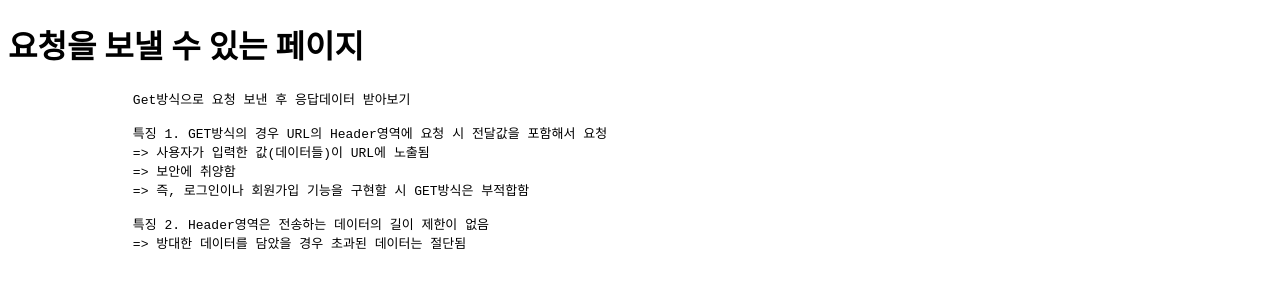
Repository: Simyoungdo04/dynamic-workspace
Page: FirstProject/src/main/webapp/views/request_get.html
An editor plug-in stored every save of this project. The page is shown before and after the next save, followed by the edit.
The browser window is 1280 px wide. The pictures show the whole page.

Above is the page before, as saved 2026-05-04 03:42:28.

### FirstProject/src/main/webapp/views/request_get.html
<!DOCTYPE html>
<html>
<head>
<meta charset="UTF-8">
<title>요청 페이지</title>
</head>
<body>

	<h1>요청을 보낼 수 있는 페이지</h1>

	<pre>
		Get방식으로 요청 보낸 후 응답데이터 받아보기

		특징 1. GET방식의 경우 URL의 Header영역에 요청 시 전달값을 포함해서 요청
		=> 사용자가 입력한 값(데이터들)이 URL에 노출됨
		=> 보안에 취양함
		=> 즉, 로그인이나 회원가입 기능을 구현할 시 GET방식은 부적합함

		특징 2. Header영역은 전송하는 데이터의 길이 제한이 없음
		=> 방대한 데이터를 담았을 경우 초과된 데이터는 절단됨
	</pre>

</body>
</html>

After the next save:
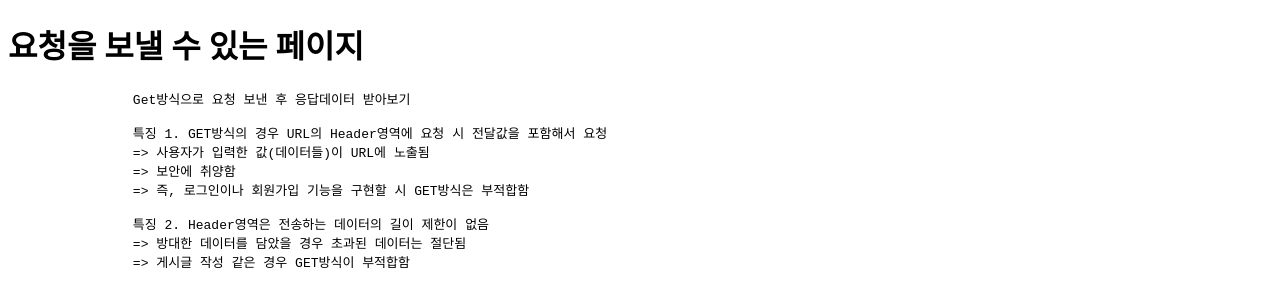
Saved 15 s later.
--- a/FirstProject/src/main/webapp/views/request_get.html
+++ b/FirstProject/src/main/webapp/views/request_get.html
@@ -18,6 +18,7 @@
 
 		특징 2. Header영역은 전송하는 데이터의 길이 제한이 없음
 		=> 방대한 데이터를 담았을 경우 초과된 데이터는 절단됨
+		=> 게시글 작성 같은 경우 GET방식이 부적합함
 	</pre>
 
 </body>
